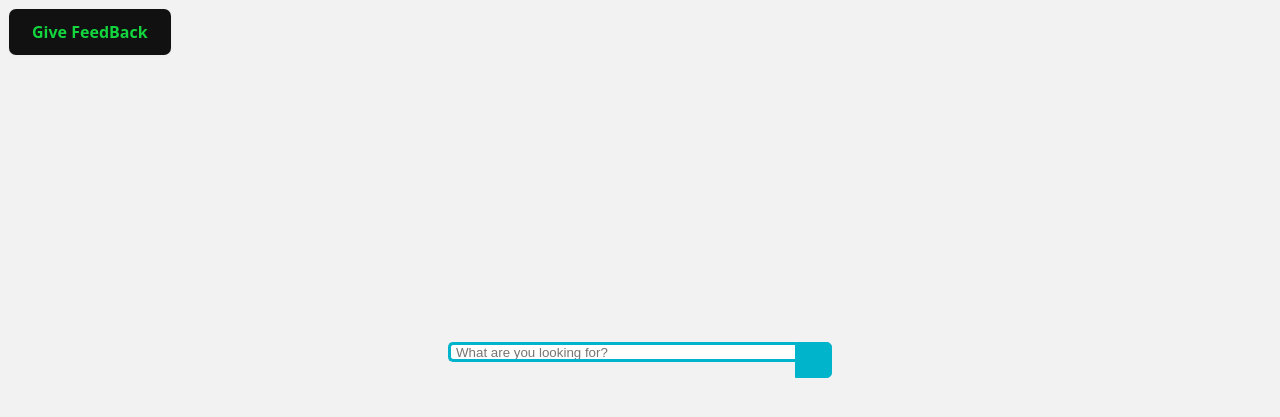
Repository: rajratangm/raj_qtify
Page: / (app in raj_qtify/)
These files come from the project's save history. The page is drawn as it stood at one moment and after a run of saves; the edit follows.
The browser window is 1280 px wide. The pictures show the whole page.
The project was rebuilt for these pictures with package versions that can differ from the ones it lists, and the page was loaded fresh each time.

Above is the page before, as saved 2024-03-19 15:10:50.

After the next 2 saves:
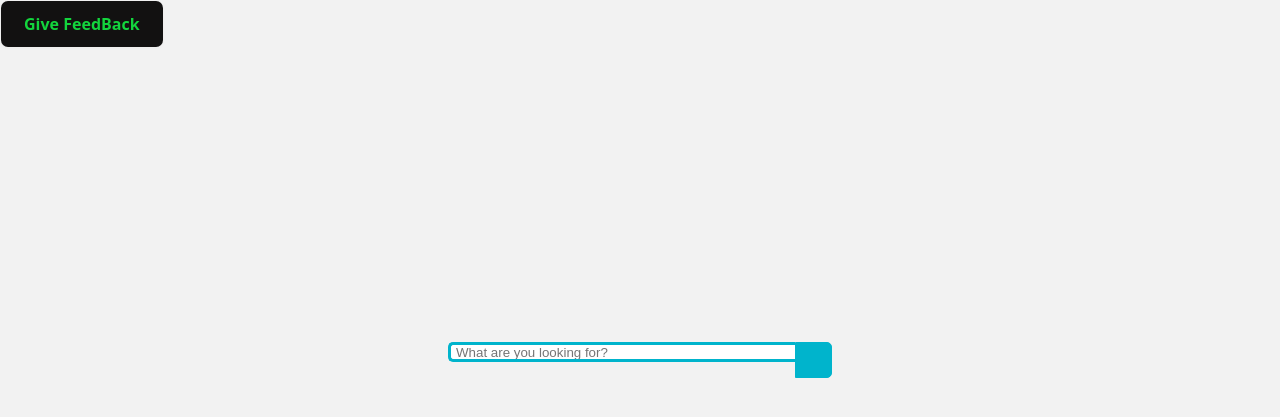
The 2 saves are shown as one change because they came seconds apart.
The last was saved 6 s later.
--- a/raj_qtify/src/index.css
+++ b/raj_qtify/src/index.css
@@ -26,5 +26,5 @@ code {
 }
 
 body{
-
+  margin:0
 }
